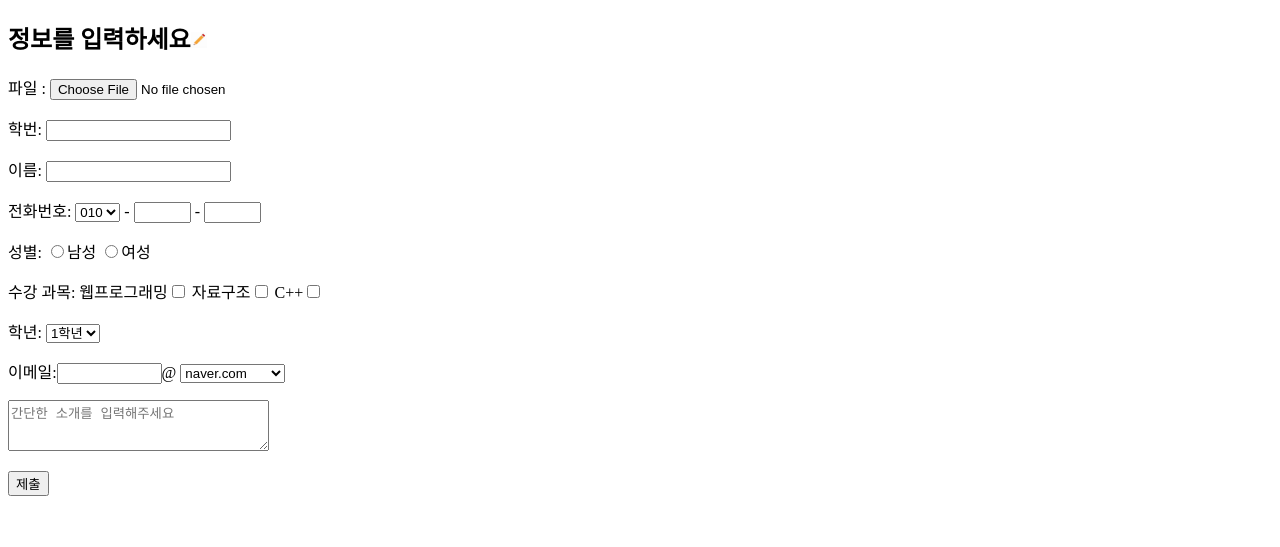
Repository: xxeionw/java_form
Page: http://localhost/formpro/form.jsp
An editor plug-in stored every save of this project. The page is shown before and after the next save, followed by the edit.
The browser window is 1280 px wide. The pictures show the whole page.
The page is served by Tomcat 9. Other server files are loaded and not shown.

Above is the page before, as saved 2025-05-27 09:54:35.

### formpro/src/main/webapp/form.jsp
<%@ page language="java" contentType="text/html; charset=UTF-8"
    pageEncoding="UTF-8"%>
<!DOCTYPE html>
<html>
<head>
<meta charset="EUC-KR">
<title>입력 폼</title>
</head>
<body>
	<h2> 정보를 입력하세요<img src="image/pencil.jpeg" alt="사진" height="16"></h2>
    <form action="result.jsp" method="post" enctype="multipart/form-data" >
        <p>파일 : <input type="file" name="filename">
        <p>학번: <input type="text" name="studentId"></p>
        <p>이름: <input type="text" name="name"></p>
        <p>전화번호: <select name="phone1">
        	<option value="010">010</option>
        	<option value="011">011</option>
        	<option value="02">02</option>
        </select> -
        <input type="text" maxlength="4" size="4" name="phone2"> -
        <input type="text" maxlength="4" size="4" name="phone3"></p>

        <p>성별: <input type ="radio" name ="sex" value= "남성">남성
        <input type = "radio" name ="sex" value="여성">여성

        <p>수강 과목: 웹프로그래밍<input type="checkbox" name="subject" value="웹프로그래밍">
        	자료구조<input type="checkbox" name="subject" value="자료구조">
        	C++<input type="checkbox" name="subject" value="C++">

        <p>학년:
            <select name="grade">
                <option value="1학년">1학년</option>
                <option value="2학년">2학년</option>
                <option value="3학년">3학년</option>
                <option value="4학년">4학년</option>
            </select>
        </p>

        <p>이메일:<input type="text" size="10" name="email">@
        <select name="emailaddress">
        <option value="naver.com">naver.com</option>
        <option value="gmail.com">gmail.com</option>
        <option value="daum.com">daum.com</option>
        <option value="duksung.ac.kr">duksung.ac.kr</option>
        </select>
        <p>
        <textarea name = "comment" cols="30" rows="3" placeholder="간단한 소개를 입력해주세요"></textarea>
        </p>
        <input type="submit" value="제출">
    </form>
</body>
</html>

After the next save:
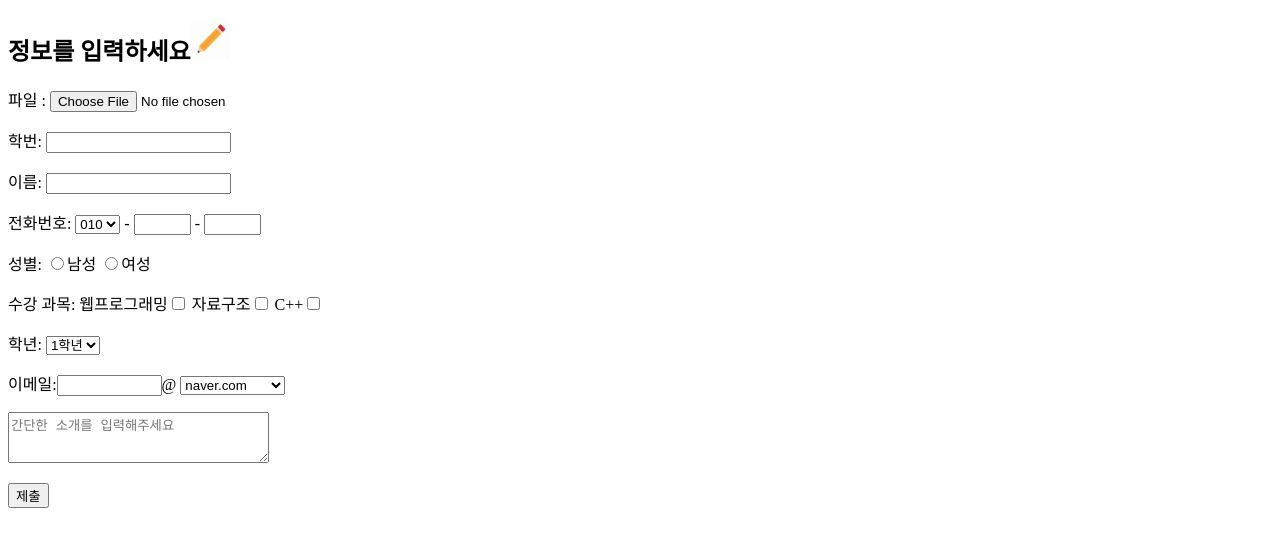
Saved 9 s later.
--- a/formpro/src/main/webapp/form.jsp
+++ b/formpro/src/main/webapp/form.jsp
@@ -7,7 +7,7 @@
 <title>입력 폼</title>
 </head>
 <body>
-	<h2> 정보를 입력하세요<img src="image/pencil.jpeg" alt="사진" height="16"></h2>
+	<h2> 정보를 입력하세요<img src="image/pencil.jpeg" alt="사진" height="40"></h2>
     <form action="result.jsp" method="post" enctype="multipart/form-data" >
         <p>파일 : <input type="file" name="filename">
         <p>학번: <input type="text" name="studentId"></p>
